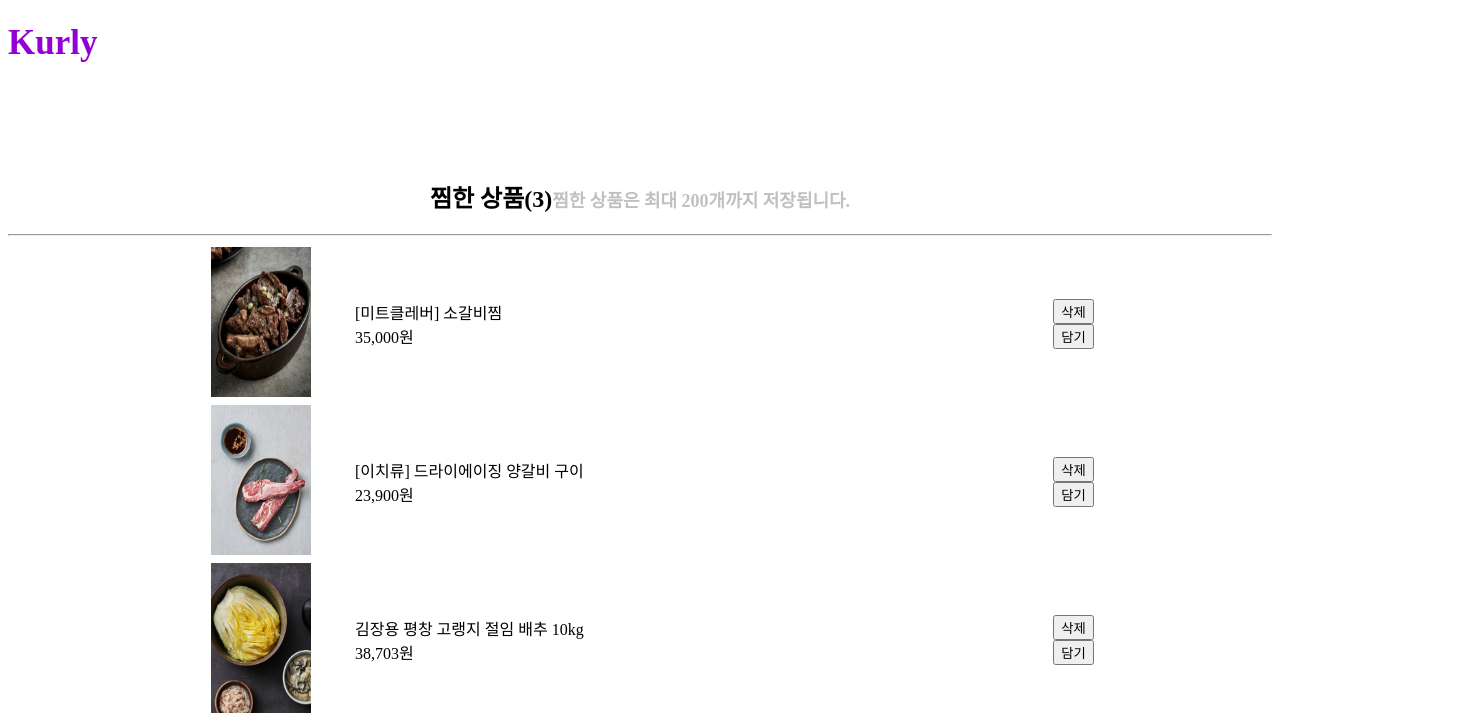
Repository: buildadoor/eclipse
Page: jspexp/src/main/webapp/z02_kurlyproject/likelist.html
The author's editor kept a copy of each file at every save. The page is drawn from the files as they stood at one save, then again after the next save.
The browser window is 1280 px wide. The page is 1472 px wide, then 1280 px, then 1472 px, so the pictures cover 1472 px, including what lies to the right of the window. The pictures show the whole page.

Above is the page before, as saved 2022-11-12 02:18:20.

After the next save:
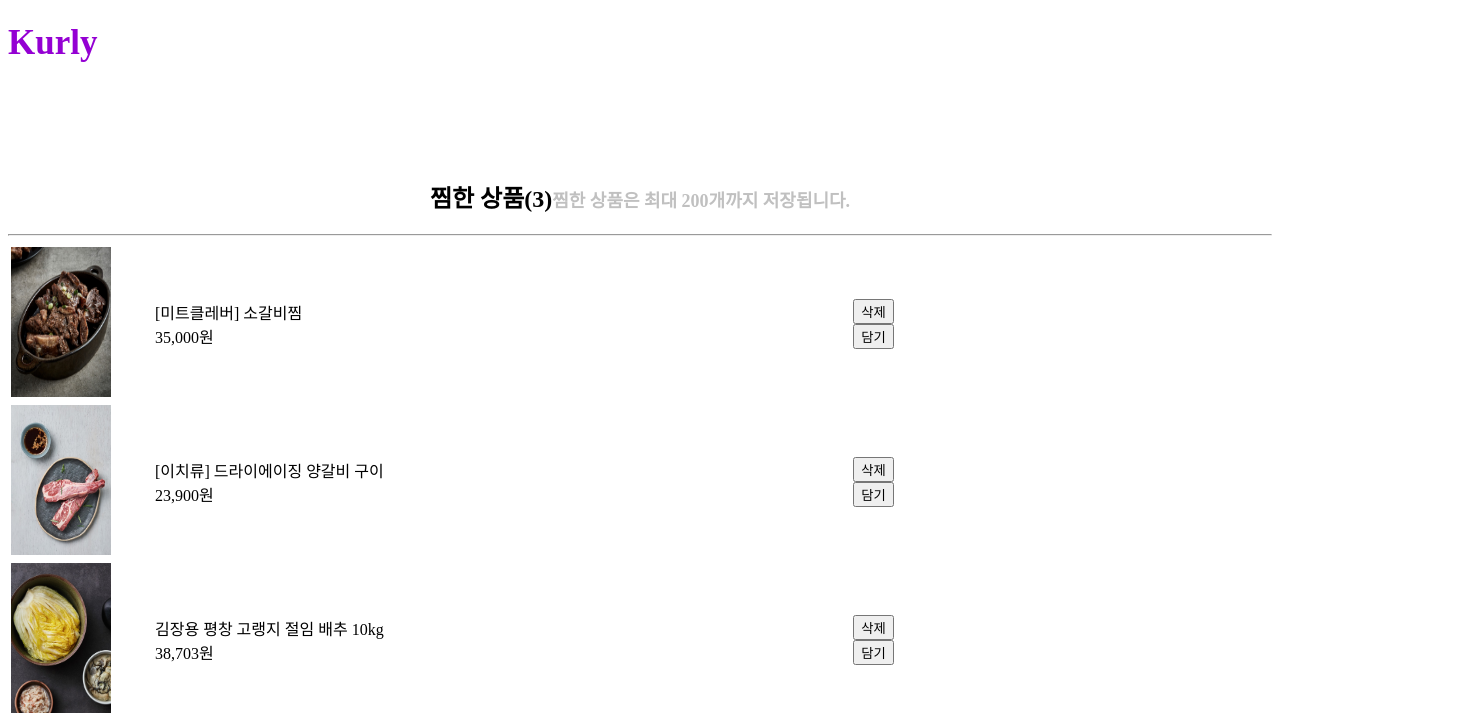
Saved 16 min 50 s later.
--- a/jspexp/src/main/webapp/z02_kurlyproject/likelist.html
+++ b/jspexp/src/main/webapp/z02_kurlyproject/likelist.html
@@ -8,7 +8,7 @@
 h1{font-size:35px; font-family:"Times New Roman";color:darkviolet;text-align:left;}
 span{font-size:18px;color:silver;}
 table#like{
-	margin-left:200px;
+	margin: 0 auto;
 }
 
 </style>

After the save that followed:
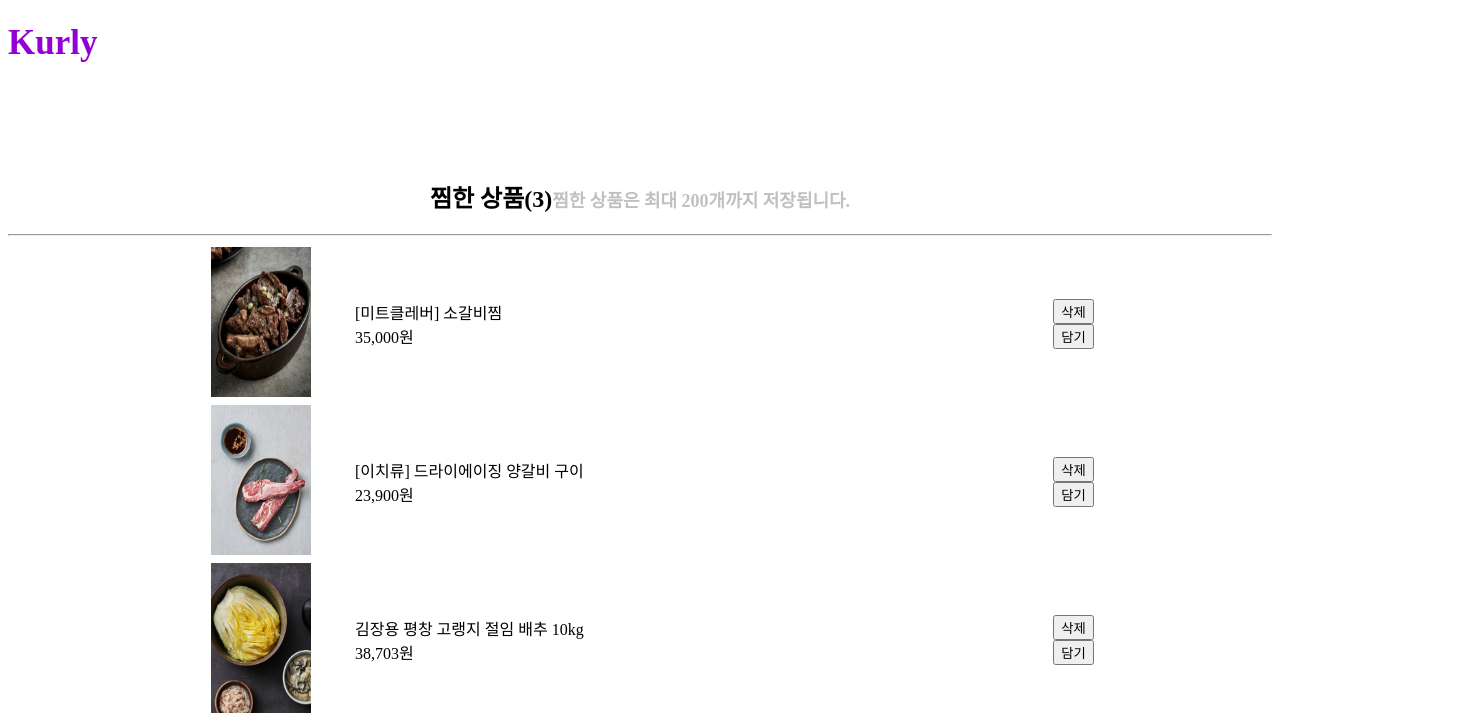
Saved 24 s later.
--- a/jspexp/src/main/webapp/z02_kurlyproject/likelist.html
+++ b/jspexp/src/main/webapp/z02_kurlyproject/likelist.html
@@ -8,7 +8,7 @@
 h1{font-size:35px; font-family:"Times New Roman";color:darkviolet;text-align:left;}
 span{font-size:18px;color:silver;}
 table#like{
-	margin: 0 auto;
+	margin-left:200px;
 }
 
 </style>
